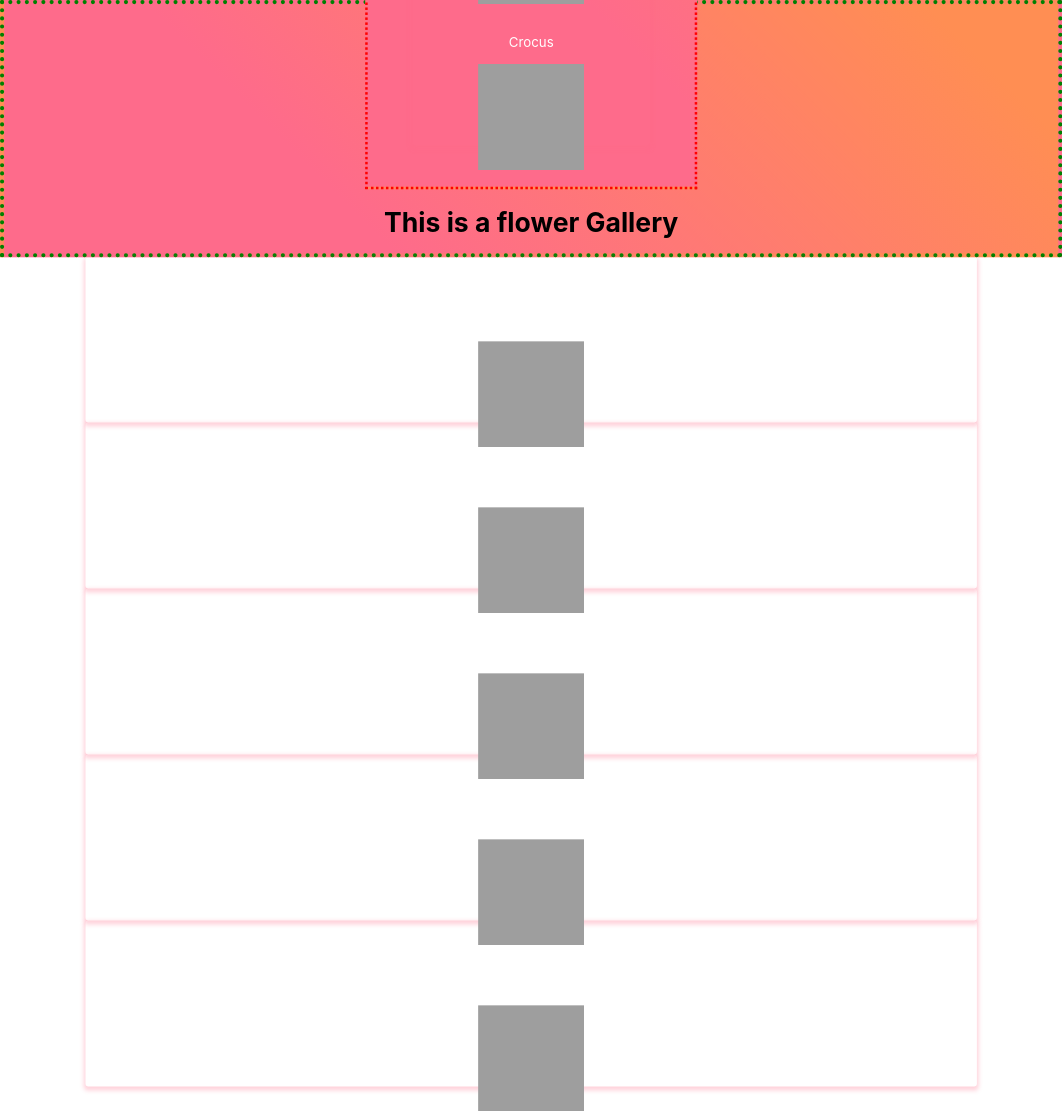
Repository: DevLuDaley/react-flower-shop
Page: /
The author's editor kept a copy of each file at every save. The page is drawn from the files as they stood at one save, then again after the next save.
The browser window is 1280 px wide. The pictures show the whole page, at 83% of full size.
Pictures or frames that could not be fetched are drawn as grey boxes. The project was rebuilt for these pictures with package versions that can differ from the ones it lists, and the page was loaded fresh each time.

Above is the page before, as saved 2021-02-19 22:14:40.

After the next save:
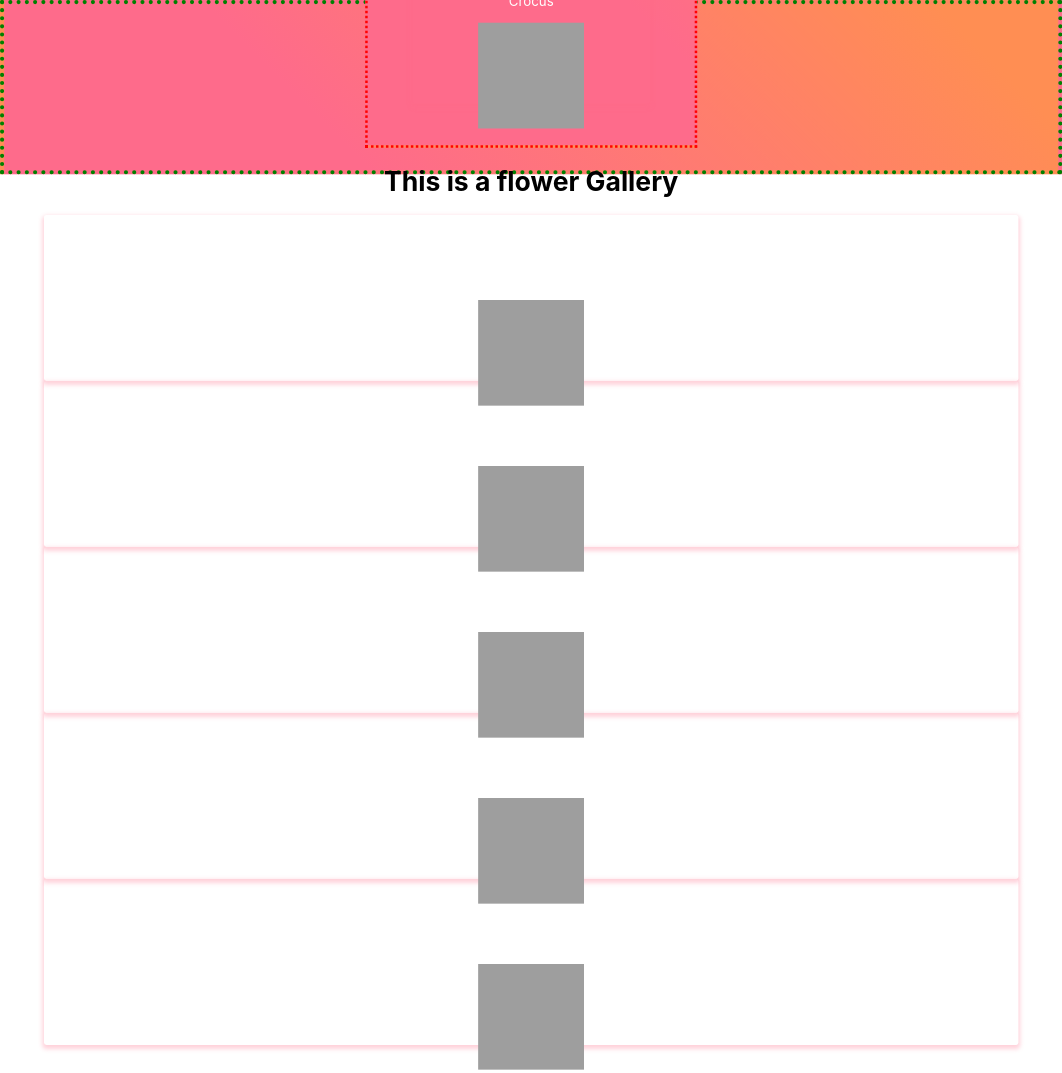
Saved 5 s later.
--- a/src/App.js
+++ b/src/App.js
@@ -13,12 +13,12 @@ const useStyles = makeStyles({
   root: {
     background: 'linear-gradient(45deg, #FE6B8B 30%, #FF8E53 90%)',
     display: 'flex',
-    // justifyContent: 'center',
+    justifyContent: 'center',
     alignItems: 'center',
     textAlign: 'center',
     height: '200px',
     border: '5px dotted green',
-    padding: '50px'
+    // padding: '50px'
   },
 });
 
